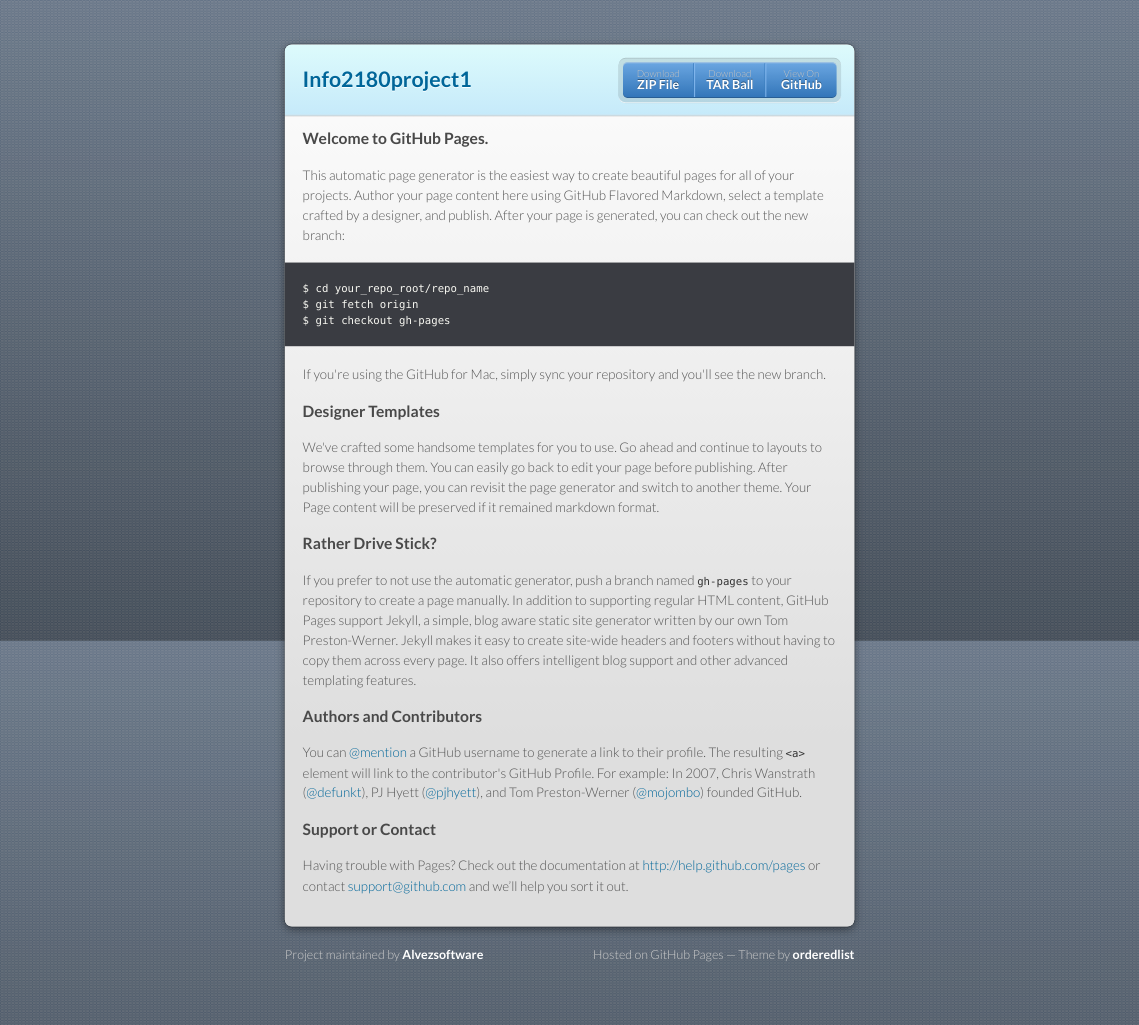
Repository: Alvezsoftware/info2180project1
Page: index.html
The author's editor kept a record of every edit. The page is drawn from the files as they stood at one moment, then again after the next edit.
The browser window is 1280 px wide. The pictures show the whole page, at 89% of full size.
Backgrounds fixed to the window are drawn as part of the page.

Above is the page before.

### index.html
<!doctype html>
<html>
  <head>

    <title>Info2180project1 by Alvezsoftware</title>

    <link rel="stylesheet" href="stylesheets/styles.css">
    <link rel="stylesheet" href="stylesheets/pygment_trac.css">
    <script src="javascripts/scale.fix.js"></script>
    <meta name="viewport" content="width=device-width, initial-scale=1, user-scalable=no">

    <!--[if lt IE 9]>
    <script src="//html5shiv.googlecode.com/svn/trunk/html5.js"></script>
    <![endif]-->
  </head>
  <body>
    <div class="wrapper">
      <header class="without-description">
        <h1>Info2180project1</h1>
        <p></p>
        <p class="view"><a href="https://github.com/Alvezsoftware/info2180project1">View the Project on GitHub <small>Alvezsoftware/info2180project1</small></a></p>
        <ul>
          <li><a href="https://github.com/Alvezsoftware/info2180project1/zipball/master">Download <strong>ZIP File</strong></a></li>
          <li><a href="https://github.com/Alvezsoftware/info2180project1/tarball/master">Download <strong>TAR Ball</strong></a></li>
          <li><a href="https://github.com/Alvezsoftware/info2180project1">View On <strong>GitHub</strong></a></li>
        </ul>
      </header>
      <section>
        <h3>
<a name="welcome-to-github-pages" class="anchor" href="#welcome-to-github-pages"><span class="octicon octicon-link"></span></a>Welcome to GitHub Pages.</h3>

<p>This automatic page generator is the easiest way to create beautiful pages for all of your projects. Author your page content here using GitHub Flavored Markdown, select a template crafted by a designer, and publish. After your page is generated, you can check out the new branch:</p>

<pre><code>$ cd your_repo_root/repo_name
$ git fetch origin
$ git checkout gh-pages
</code></pre>

<p>If you're using the GitHub for Mac, simply sync your repository and you'll see the new branch.</p>

<h3>
<a name="designer-templates" class="anchor" href="#designer-templates"><span class="octicon octicon-link"></span></a>Designer Templates</h3>

<p>We've crafted some handsome templates for you to use. Go ahead and continue to layouts to browse through them. You can easily go back to edit your page before publishing. After publishing your page, you can revisit the page generator and switch to another theme. Your Page content will be preserved if it remained markdown format.</p>

<h3>
<a name="rather-drive-stick" class="anchor" href="#rather-drive-stick"><span class="octicon octicon-link"></span></a>Rather Drive Stick?</h3>

<p>If you prefer to not use the automatic generator, push a branch named <code>gh-pages</code> to your repository to create a page manually. In addition to supporting regular HTML content, GitHub Pages support Jekyll, a simple, blog aware static site generator written by our own Tom Preston-Werner. Jekyll makes it easy to create site-wide headers and footers without having to copy them across every page. It also offers intelligent blog support and other advanced templating features.</p>

<h3>
<a name="authors-and-contributors" class="anchor" href="#authors-and-contributors"><span class="octicon octicon-link"></span></a>Authors and Contributors</h3>

<p>You can <a href="https://github.com/blog/821" class="user-mention">@mention</a> a GitHub username to generate a link to their profile. The resulting <code>&lt;a&gt;</code> element will link to the contributor's GitHub Profile. For example: In 2007, Chris Wanstrath (<a href="https://github.com/defunkt" class="user-mention">@defunkt</a>), PJ Hyett (<a href="https://github.com/pjhyett" class="user-mention">@pjhyett</a>), and Tom Preston-Werner (<a href="https://github.com/mojombo" class="user-mention">@mojombo</a>) founded GitHub.</p>

<h3>
<a name="support-or-contact" class="anchor" href="#support-or-contact"><span class="octicon octicon-link"></span></a>Support or Contact</h3>

<p>Having trouble with Pages? Check out the documentation at <a href="http://help.github.com/pages">http://help.github.com/pages</a> or contact <a href="mailto:support@github.com">support@github.com</a> and we’ll help you sort it out.</p>
      </section>
    </div>
    <footer>
      <p>Project maintained by <a href="https://github.com/Alvezsoftware">Alvezsoftware</a></p>
      <p>Hosted on GitHub Pages &mdash; Theme by <a href="https://github.com/orderedlist">orderedlist</a></p>
    </footer>
    <!--[if !IE]><script>fixScale(document);</script><![endif]-->

  </body>
</html>

### stylesheets/styles.css
@import url(https://fonts.googleapis.com/css?family=Lato:300italic,700italic,300,700);
html {
  background: #6C7989;
  background: #6c7989 -webkit-gradient(linear, 50% 0%, 50% 100%, color-stop(0%, #6c7989), color-stop(100%, #434b55)) fixed;
  background: #6c7989 -webkit-linear-gradient(#6c7989, #434b55) fixed;
  background: #6c7989 -moz-linear-gradient(#6c7989, #434b55) fixed;
  background: #6c7989 -o-linear-gradient(#6c7989, #434b55) fixed;
  background: #6c7989 -ms-linear-gradient(#6c7989, #434b55) fixed;
  background: #6c7989 linear-gradient(#6c7989, #434b55) fixed;
}

body {
  padding: 50px 0;
  margin: 0;
  font: 14px/1.5 Lato, "Helvetica Neue", Helvetica, Arial, sans-serif;
  color: #555;
  font-weight: 300;
  background: url('data:[embedded picture, 358 characters]') fixed;
}

.wrapper {
  width: 640px;
  margin: 0 auto;
  background: #DEDEDE;
  -webkit-border-radius: 8px;
  -moz-border-radius: 8px;
  -ms-border-radius: 8px;
  -o-border-radius: 8px;
  border-radius: 8px;
  -webkit-box-shadow: rgba(0, 0, 0, 0.2) 0 0 0 1px, rgba(0, 0, 0, 0.45) 0 3px 10px;
  -moz-box-shadow: rgba(0, 0, 0, 0.2) 0 0 0 1px, rgba(0, 0, 0, 0.45) 0 3px 10px;
  box-shadow: rgba(0, 0, 0, 0.2) 0 0 0 1px, rgba(0, 0, 0, 0.45) 0 3px 10px;
}

header, section, footer {
  display: block;
}

a {
  color: #069;
  text-decoration: none;
}

p {
  margin: 0 0 20px;
  padding: 0;
}

strong {
  color: #222;
  font-weight: 700;
}

header {
  -webkit-border-radius: 8px 8px 0 0;
  -moz-border-radius: 8px 8px 0 0;
  -ms-border-radius: 8px 8px 0 0;
  -o-border-radius: 8px 8px 0 0;
  border-radius: 8px 8px 0 0;
  background: #C6EAFA;
  background: -webkit-gradient(linear, 50% 0%, 50% 100%, color-stop(0%, #ddfbfc), color-stop(100%, #c6eafa));
  background: -webkit-linear-gradient(#ddfbfc, #c6eafa);
  background: -moz-linear-gradient(#ddfbfc, #c6eafa);
  background: -o-linear-gradient(#ddfbfc, #c6eafa);
  background: -ms-linear-gradient(#ddfbfc, #c6eafa);
  background: linear-gradient(#ddfbfc, #c6eafa);
  position: relative;
  padding: 15px 20px;
  border-bottom: 1px solid #B2D2E1;
}
header h1 {
  margin: 0;
  padding: 0;
  font-size: 24px;
  line-height: 1.2;
  color: #069;
  text-shadow: rgba(255, 255, 255, 0.9) 0 1px 0;
}
header.without-description h1 {
  margin: 10px 0;
}
header p {
  margin: 0;
  color: #61778B;
  width: 300px;
  font-size: 13px;
}
header p.view {
  display: none;
  font-weight: 700;
  text-shadow: rgba(255, 255, 255, 0.9) 0 1px 0;
  -webkit-font-smoothing: antialiased;
}
header p.view a {
  color: #06c;
}
header p.view small {
  font-weight: 400;
}
header ul {
  margin: 0;
  padding: 0;
  list-style: none;
  position: absolute;
  z-index: 1;
  right: 20px;
  top: 20px;
  height: 38px;
  padding: 1px 0;
  background: #5198DF;
  background: -webkit-gradient(linear, 50% 0%, 50% 100%, color-stop(0%, #77b9fb), color-stop(100%, #3782cd));
  background: -webkit-linear-gradient(#77b9fb, #3782cd);
  background: -moz-linear-gradient(#77b9fb, #3782cd);
  background: -o-linear-gradient(#77b9fb, #3782cd);
  background: -ms-linear-gradient(#77b9fb, #3782cd);
  background: linear-gradient(#77b9fb, #3782cd);
  border-radius: 5px;
  -webkit-box-shadow: inset rgba(255, 255, 255, 0.45) 0 1px 0, inset rgba(0, 0, 0, 0.2) 0 -1px 0;
  -moz-box-shadow: inset rgba(255, 255, 255, 0.45) 0 1px 0, inset rgba(0, 0, 0, 0.2) 0 -1px 0;
  box-shadow: inset rgba(255, 255, 255, 0.45) 0 1px 0, inset rgba(0, 0, 0, 0.2) 0 -1px 0;
  width: auto;
}
header ul:before {
  content: '';
  position: absolute;
  z-index: -1;
  left: -5px;
  top: -4px;
  right: -5px;
  bottom: -6px;
  background: rgba(0, 0, 0, 0.1);
  -webkit-border-radius: 8px;
  -moz-border-radius: 8px;
  -ms-border-radius: 8px;
  -o-border-radius: 8px;
  border-radius: 8px;
  -webkit-box-shadow: rgba(0, 0, 0, 0.2) 0 -1px 0, inset rgba(255, 255, 255, 0.7) 0 -1px 0;
  -moz-box-shadow: rgba(0, 0, 0, 0.2) 0 -1px 0, inset rgba(255, 255, 255, 0.7) 0 -1px 0;
  box-shadow: rgba(0, 0, 0, 0.2) 0 -1px 0, inset rgba(255, 255, 255, 0.7) 0 -1px 0;
}
header ul li {
  width: 79px;
  float: left;
  border-right: 1px solid #3A7CBE;
  height: 38px;
}
header ul li.single {
  border: none;
}
header ul li + li {
  width: 78px;
  border-left: 1px solid #8BBEF3;
}
header ul li + li + li {
  border-right: none;
  width: 79px;
}
header ul a {
  line-height: 1;
  font-size: 11px;
  color: #fff;
  color: rgba(255, 255, 255, 0.8);
  display: block;
  text-align: center;
  font-weight: 400;
  padding-top: 6px;
  height: 40px;
  text-shadow: rgba(0, 0, 0, 0.4) 0 -1px 0;
}
header ul a strong {
  font-size: 14px;
  display: block;
  color: #fff;
  -webkit-font-smoothing: antialiased;
}

section {
  padding: 15px 20px;
  font-size: 15px;
  border-top: 1px solid #fff;
  background: -webkit-gradient(linear, 50% 0%, 50% 700, color-stop(0%, #fafafa), color-stop(100%, #dedede));
  background: -webkit-linear-gradient(#fafafa, #dedede 700px);
  background: -moz-linear-gradient(#fafafa, #dedede 700px);
  background: -o-linear-gradient(#fafafa, #dedede 700px);
  background: -ms-linear-gradient(#fafafa, #dedede 700px);
  background: linear-gradient(#fafafa, #dedede 700px);
  -webkit-border-radius: 0 0 8px 8px;
  -moz-border-radius: 0 0 8px 8px;
  -ms-border-radius: 0 0 8px 8px;
  -o-border-radius: 0 0 8px 8px;
  border-radius: 0 0 8px 8px;
  position: relative;
}

h1, h2, h3, h4, h5, h6 {
  color: #222;
  padding: 0;
  margin: 0 0 20px;
  line-height: 1.2;
}

p, ul, ol, table, pre, dl {
  margin: 0 0 20px;
}

h1, h2, h3 {
  line-height: 1.1;
}

h1 {
  font-size: 28px;
}

h2 {
  color: #393939;
}

h3, h4, h5, h6 {
  color: #494949;
}

blockquote {
  margin: 0 -20px 20px;
  padding: 15px 20px 1px 40px;
  font-style: italic;
  background: #ccc;
  background: rgba(0, 0, 0, 0.06);
  color: #222;
}

img {
  max-width: 100%;
}

code, pre {
  font-family: Monaco, Bitstream Vera Sans Mono, Lucida Console, Terminal;
  color: #333;
  font-size: 12px;
  overflow-x: auto;
}

pre {
  padding: 20px;
  background: #3A3C42;
  color: #f8f8f2;
  margin: 0 -20px 20px;
}
pre code {
  color: #f8f8f2;
}
li pre {
  margin-left: -60px;
  padding-left: 60px;
}

table {
  width: 100%;
  border-collapse: collapse;
}

th, td {
  text-align: left;
  padding: 5px 10px;
  border-bottom: 1px solid #aaa;
}

dt {
  color: #222;
  font-weight: 700;
}

th {
  color: #222;
}

small {
  font-size: 11px;
}

hr {
  border: 0;
  background: #aaa;
  height: 1px;
  margin: 0 0 20px;
}

footer {
  width: 640px;
  margin: 0 auto;
  padding: 20px 0 0;
  color: #ccc;
  overflow: hidden;
}
footer a {
  color: #fff;
  font-weight: bold;
}
footer p {
  float: left;
}
footer p + p {
  float: right;
}

@media print, screen and (max-width: 740px) {
  body {
    padding: 0;
  }

  .wrapper {
    -webkit-border-radius: 0;
    -moz-border-radius: 0;
    -ms-border-radius: 0;
    -o-border-radius: 0;
    border-radius: 0;
    -webkit-box-shadow: none;
    -moz-box-shadow: none;
    box-shadow: none;
    width: 100%;
  }

  footer {
    -webkit-border-radius: 0;
    -moz-border-radius: 0;
    -ms-border-radius: 0;
    -o-border-radius: 0;
    border-radius: 0;
    padding: 20px;
    width: auto;
  }
  footer p {
    float: none;
    margin: 0;
  }
  footer p + p {
    float: none;
  }
}
@media print, screen and (max-width:580px) {
  header ul {
    display: none;
  }

  header p.view {
    display: block;
  }

  header p {
    width: 100%;
  }
}
@media print {
  header p.view a small:before {
    content: 'at http://github.com/';
  }
}

### stylesheets/pygment_trac.css
.highlight .hll { background-color: #49483e }
.highlight  { background: #3A3C42; color: #f8f8f2 }
.highlight .c { color: #75715e } /* Comment */
.highlight .err { color: #960050; background-color: #1e0010 } /* Error */
.highlight .k { color: #66d9ef } /* Keyword */
.highlight .l { color: #ae81ff } /* Literal */
.highlight .n { color: #f8f8f2 } /* Name */
.highlight .o { color: #f92672 } /* Operator */
.highlight .p { color: #f8f8f2 } /* Punctuation */
.highlight .cm { color: #75715e } /* Comment.Multiline */
.highlight .cp { color: #75715e } /* Comment.Preproc */
.highlight .c1 { color: #75715e } /* Comment.Single */
.highlight .cs { color: #75715e } /* Comment.Special */
.highlight .ge { font-style: italic } /* Generic.Emph */
.highlight .gs { font-weight: bold } /* Generic.Strong */
.highlight .kc { color: #66d9ef } /* Keyword.Constant */
.highlight .kd { color: #66d9ef } /* Keyword.Declaration */
.highlight .kn { color: #f92672 } /* Keyword.Namespace */
.highlight .kp { color: #66d9ef } /* Keyword.Pseudo */
.highlight .kr { color: #66d9ef } /* Keyword.Reserved */
.highlight .kt { color: #66d9ef } /* Keyword.Type */
.highlight .ld { color: #e6db74 } /* Literal.Date */
.highlight .m { color: #ae81ff } /* Literal.Number */
.highlight .s { color: #e6db74 } /* Literal.String */
.highlight .na { color: #a6e22e } /* Name.Attribute */
.highlight .nb { color: #f8f8f2 } /* Name.Builtin */
.highlight .nc { color: #a6e22e } /* Name.Class */
.highlight .no { color: #66d9ef } /* Name.Constant */
.highlight .nd { color: #a6e22e } /* Name.Decorator */
.highlight .ni { color: #f8f8f2 } /* Name.Entity */
.highlight .ne { color: #a6e22e } /* Name.Exception */
.highlight .nf { color: #a6e22e } /* Name.Function */
.highlight .nl { color: #f8f8f2 } /* Name.Label */
.highlight .nn { color: #f8f8f2 } /* Name.Namespace */
.highlight .nx { color: #a6e22e } /* Name.Other */
.highlight .py { color: #f8f8f2 } /* Name.Property */
.highlight .nt { color: #f92672 } /* Name.Tag */
.highlight .nv { color: #f8f8f2 } /* Name.Variable */
.highlight .ow { color: #f92672 } /* Operator.Word */
.highlight .w { color: #f8f8f2 } /* Text.Whitespace */
.highlight .mf { color: #ae81ff } /* Literal.Number.Float */
.highlight .mh { color: #ae81ff } /* Literal.Number.Hex */
.highlight .mi { color: #ae81ff } /* Literal.Number.Integer */
.highlight .mo { color: #ae81ff } /* Literal.Number.Oct */
.highlight .sb { color: #e6db74 } /* Literal.String.Backtick */
.highlight .sc { color: #e6db74 } /* Literal.String.Char */
.highlight .sd { color: #e6db74 } /* Literal.String.Doc */
.highlight .s2 { color: #e6db74 } /* Literal.String.Double */
.highlight .se { color: #ae81ff } /* Literal.String.Escape */
.highlight .sh { color: #e6db74 } /* Literal.String.Heredoc */
.highlight .si { color: #e6db74 } /* Literal.String.Interpol */
.highlight .sx { color: #e6db74 } /* Literal.String.Other */
.highlight .sr { color: #e6db74 } /* Literal.String.Regex */
.highlight .s1 { color: #e6db74 } /* Literal.String.Single */
.highlight .ss { color: #e6db74 } /* Literal.String.Symbol */
.highlight .bp { color: #f8f8f2 } /* Name.Builtin.Pseudo */
.highlight .vc { color: #f8f8f2 } /* Name.Variable.Class */
.highlight .vg { color: #f8f8f2 } /* Name.Variable.Global */
.highlight .vi { color: #f8f8f2 } /* Name.Variable.Instance */
.highlight .il { color: #ae81ff } /* Literal.Number.Integer.Long */

Loaded but not shown: javascripts/scale.fix.js (common file)

After the next edit:
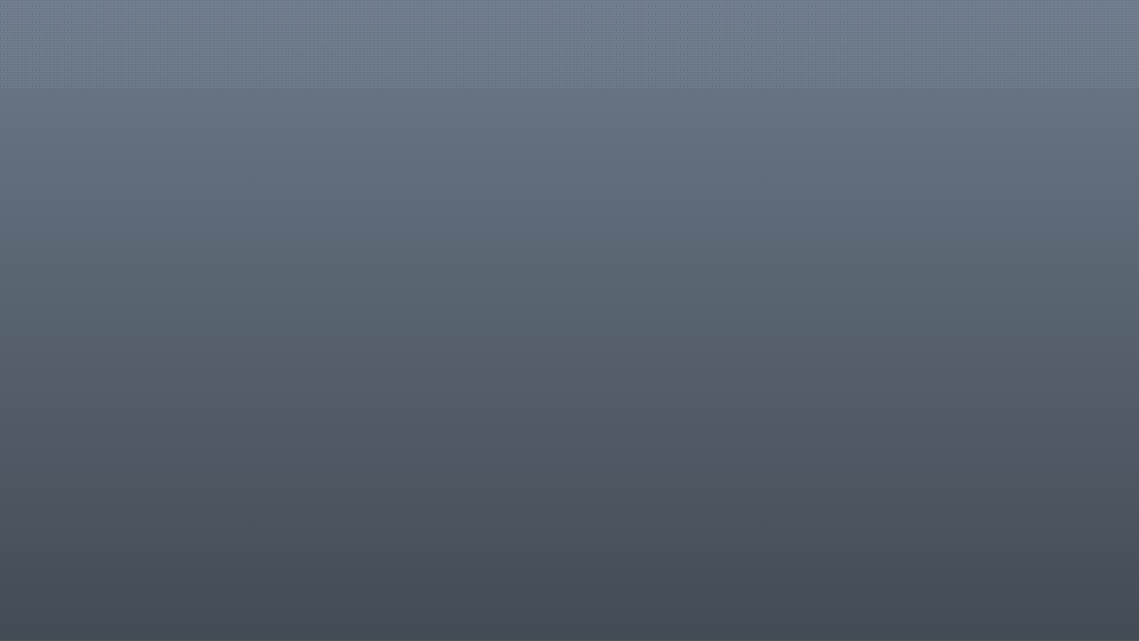
The edit:
--- a/index.html
+++ b/index.html
@@ -14,56 +14,7 @@
     <![endif]-->
   </head>
   <body>
-    <div class="wrapper">
-      <header class="without-description">
-        <h1>Info2180project1</h1>
-        <p></p>
-        <p class="view"><a href="https://github.com/Alvezsoftware/info2180project1">View the Project on GitHub <small>Alvezsoftware/info2180project1</small></a></p>
-        <ul>
-          <li><a href="https://github.com/Alvezsoftware/info2180project1/zipball/master">Download <strong>ZIP File</strong></a></li>
-          <li><a href="https://github.com/Alvezsoftware/info2180project1/tarball/master">Download <strong>TAR Ball</strong></a></li>
-          <li><a href="https://github.com/Alvezsoftware/info2180project1">View On <strong>GitHub</strong></a></li>
-        </ul>
-      </header>
-      <section>
-        <h3>
-<a name="welcome-to-github-pages" class="anchor" href="#welcome-to-github-pages"><span class="octicon octicon-link"></span></a>Welcome to GitHub Pages.</h3>
 
-<p>This automatic page generator is the easiest way to create beautiful pages for all of your projects. Author your page content here using GitHub Flavored Markdown, select a template crafted by a designer, and publish. After your page is generated, you can check out the new branch:</p>
-
-<pre><code>$ cd your_repo_root/repo_name
-$ git fetch origin
-$ git checkout gh-pages
-</code></pre>
-
-<p>If you're using the GitHub for Mac, simply sync your repository and you'll see the new branch.</p>
-
-<h3>
-<a name="designer-templates" class="anchor" href="#designer-templates"><span class="octicon octicon-link"></span></a>Designer Templates</h3>
-
-<p>We've crafted some handsome templates for you to use. Go ahead and continue to layouts to browse through them. You can easily go back to edit your page before publishing. After publishing your page, you can revisit the page generator and switch to another theme. Your Page content will be preserved if it remained markdown format.</p>
-
-<h3>
-<a name="rather-drive-stick" class="anchor" href="#rather-drive-stick"><span class="octicon octicon-link"></span></a>Rather Drive Stick?</h3>
-
-<p>If you prefer to not use the automatic generator, push a branch named <code>gh-pages</code> to your repository to create a page manually. In addition to supporting regular HTML content, GitHub Pages support Jekyll, a simple, blog aware static site generator written by our own Tom Preston-Werner. Jekyll makes it easy to create site-wide headers and footers without having to copy them across every page. It also offers intelligent blog support and other advanced templating features.</p>
-
-<h3>
-<a name="authors-and-contributors" class="anchor" href="#authors-and-contributors"><span class="octicon octicon-link"></span></a>Authors and Contributors</h3>
-
-<p>You can <a href="https://github.com/blog/821" class="user-mention">@mention</a> a GitHub username to generate a link to their profile. The resulting <code>&lt;a&gt;</code> element will link to the contributor's GitHub Profile. For example: In 2007, Chris Wanstrath (<a href="https://github.com/defunkt" class="user-mention">@defunkt</a>), PJ Hyett (<a href="https://github.com/pjhyett" class="user-mention">@pjhyett</a>), and Tom Preston-Werner (<a href="https://github.com/mojombo" class="user-mention">@mojombo</a>) founded GitHub.</p>
-
-<h3>
-<a name="support-or-contact" class="anchor" href="#support-or-contact"><span class="octicon octicon-link"></span></a>Support or Contact</h3>
-
-<p>Having trouble with Pages? Check out the documentation at <a href="http://help.github.com/pages">http://help.github.com/pages</a> or contact <a href="mailto:support@github.com">support@github.com</a> and we’ll help you sort it out.</p>
-      </section>
-    </div>
-    <footer>
-      <p>Project maintained by <a href="https://github.com/Alvezsoftware">Alvezsoftware</a></p>
-      <p>Hosted on GitHub Pages &mdash; Theme by <a href="https://github.com/orderedlist">orderedlist</a></p>
-    </footer>
-    <!--[if !IE]><script>fixScale(document);</script><![endif]-->
 
   </body>
 </html>
